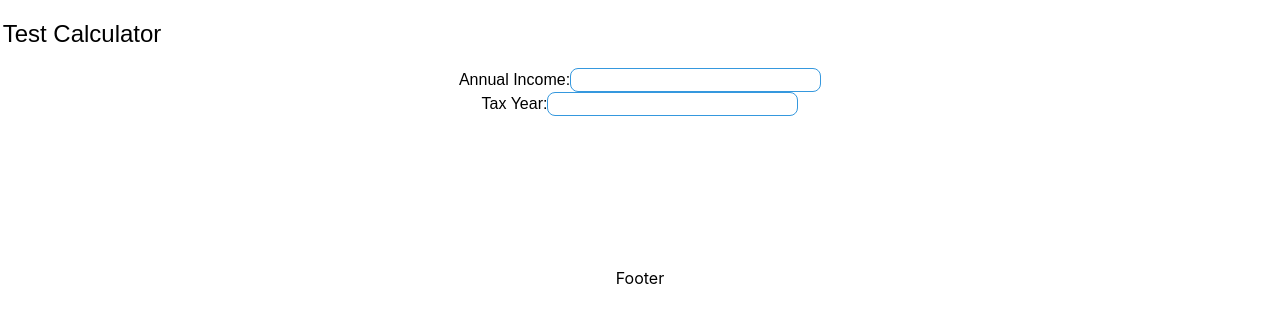
Repository: jbpadilha/taxcalculator
Page: /
An editor plug-in stored every save of this project. The page is shown before and after the next save, followed by the edit.
The browser window is 1280 px wide. The pictures show the whole page.
The project was rebuilt for these pictures with package versions that can differ from the ones it lists, and the page was loaded fresh each time.

Above is the page before, as saved 2023-06-16 21:05:16.

After the next save:
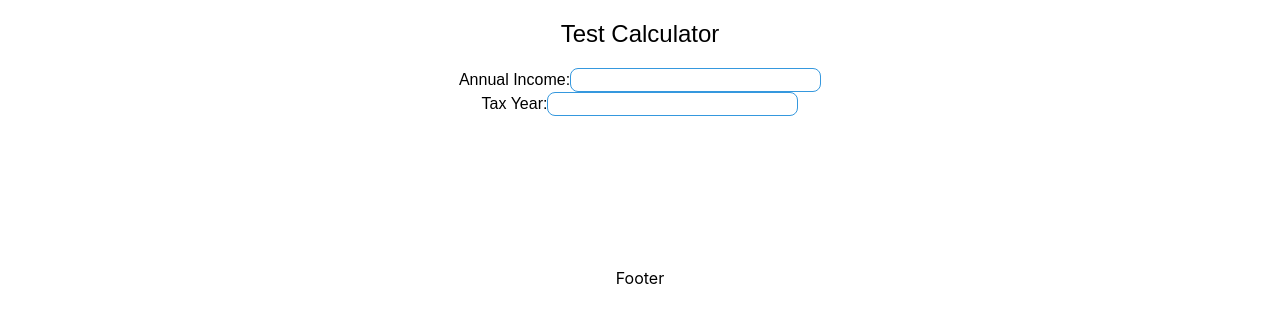
Saved 81 s later.
--- a/src/components/Main.tsx
+++ b/src/components/Main.tsx
@@ -6,6 +6,7 @@ const styles = {
         minHeight: 200,
     },
     title: {
+        margin: 'auto',
         marginTop: 20,
         width: 164,
         height: 28,
